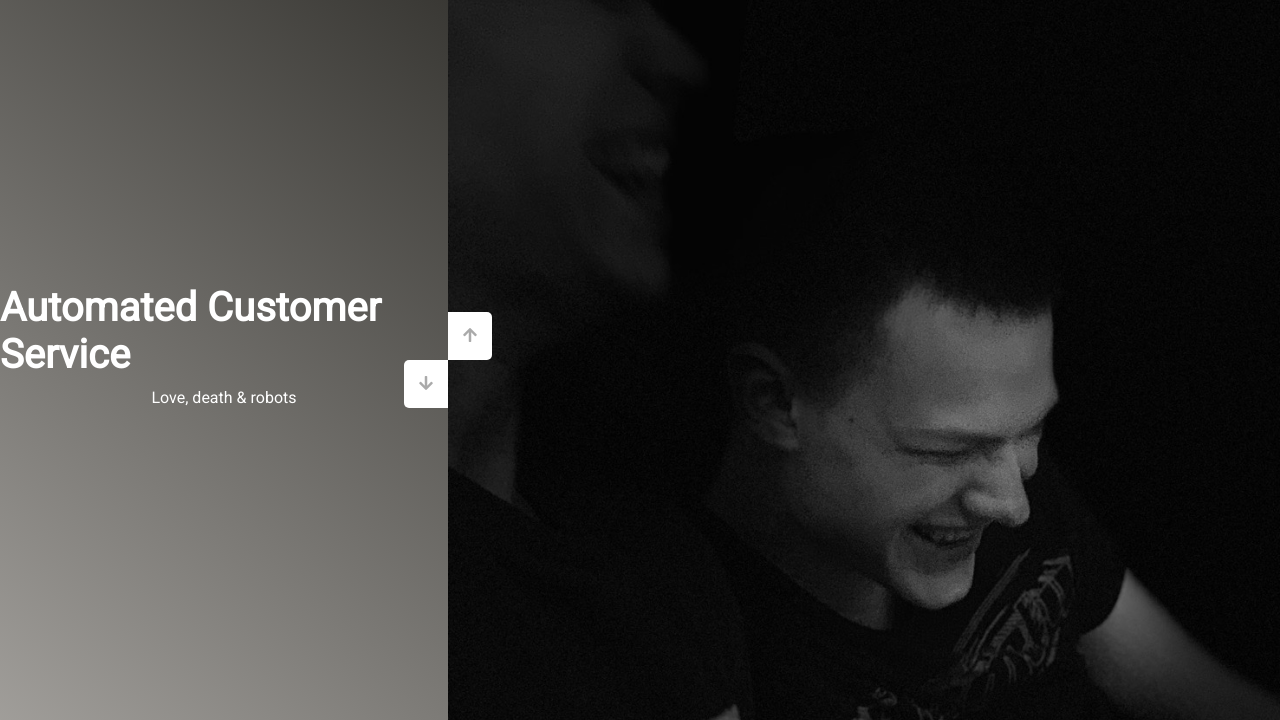
Repository: MorgunovaAlexandra/slider2
Page: index.html
The author's editor kept a copy of each file at every save. The page is drawn from the files as they stood at one save, then again after the next save.
The browser window is 1280 px wide. The pictures show the whole page.
Pictures or frames that could not be fetched are drawn as grey boxes.

Above is the page before, as saved 2022-06-29 18:31:15.

After the next save:
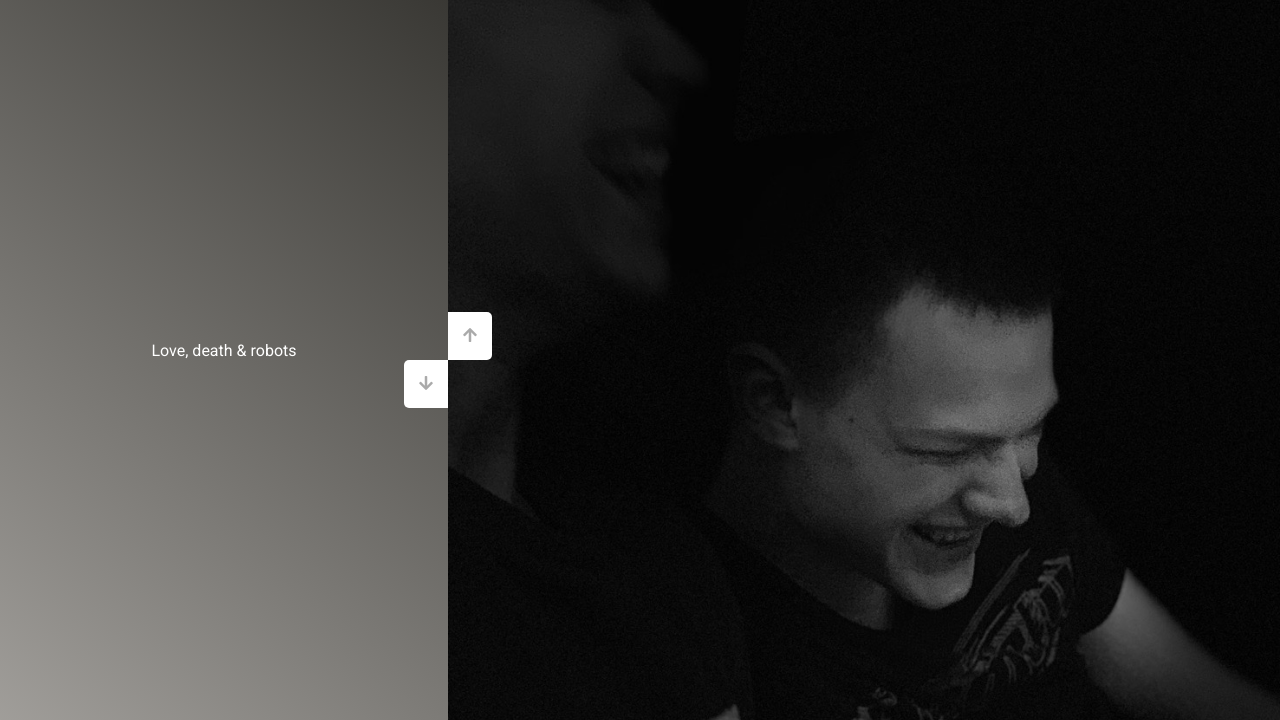
Saved 7 min 31 s later.
--- a/index.html
+++ b/index.html
@@ -26,7 +26,7 @@
           <p>Love, death & robots</p>
         </div>
         <div style="background: linear-gradient(220.16deg, #31302c -8%, #c7c4c0 138%);">
-          <h1>Automated Customer Service</h1>
+          <h1></h1>
           <p>Love, death & robots</p>
         </div>
       </div>
